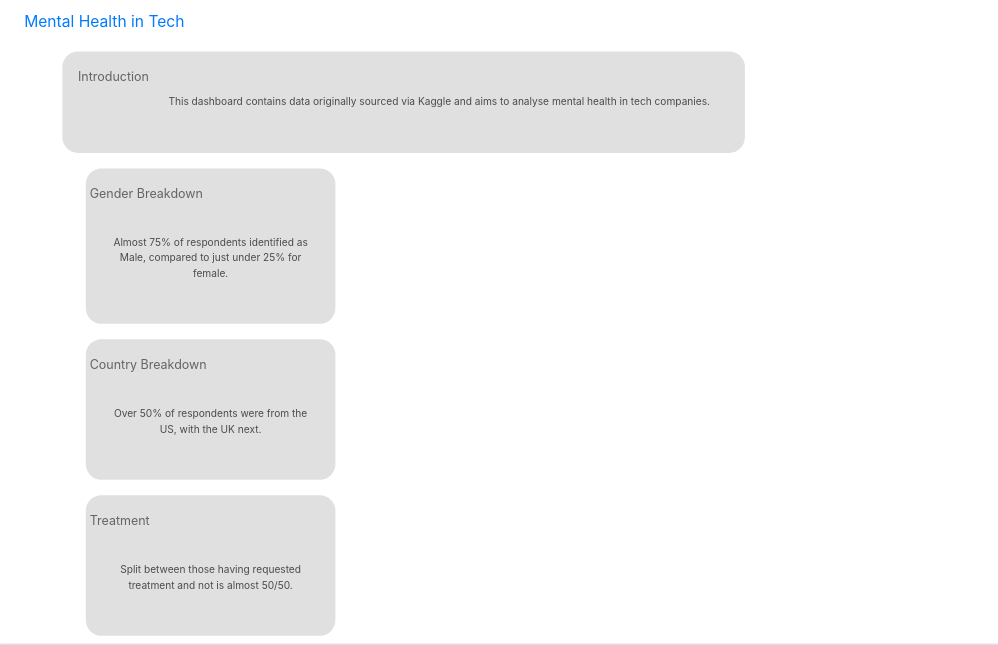
Repository: martingr1/mhdashboard
Page: index.html
The author's editor kept a record of every edit. The page is drawn from the files as they stood at one moment, then again after the next edit.
The browser window is 1280 px wide. The pictures show the whole page, at 78% of full size.
Some web libraries are served in a nearby version.

Above is the page before.
Console error: ReferenceError: show_average_age is not defined

After the next edit:
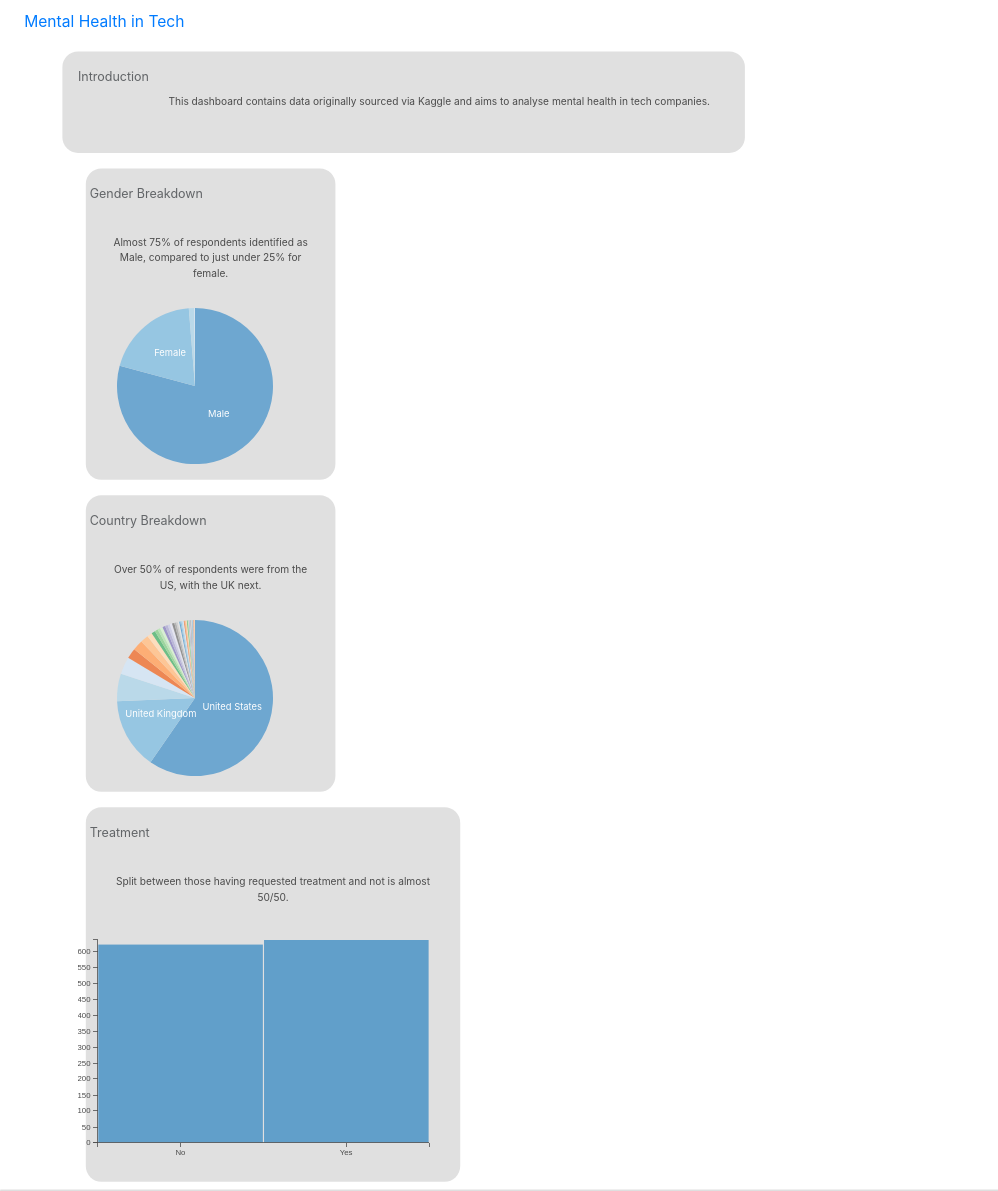
The error is gone.
The edit:
--- a/static/js/graph.js
+++ b/static/js/graph.js
@@ -13,7 +13,7 @@
     show_gender_breakdown(ndx);
     show_country_breakdown(ndx);
     show_treatment_levels(ndx);
-    show_average_age(ndx);
+   // show_average_age(ndx);
 
     dc.renderAll();
 }
